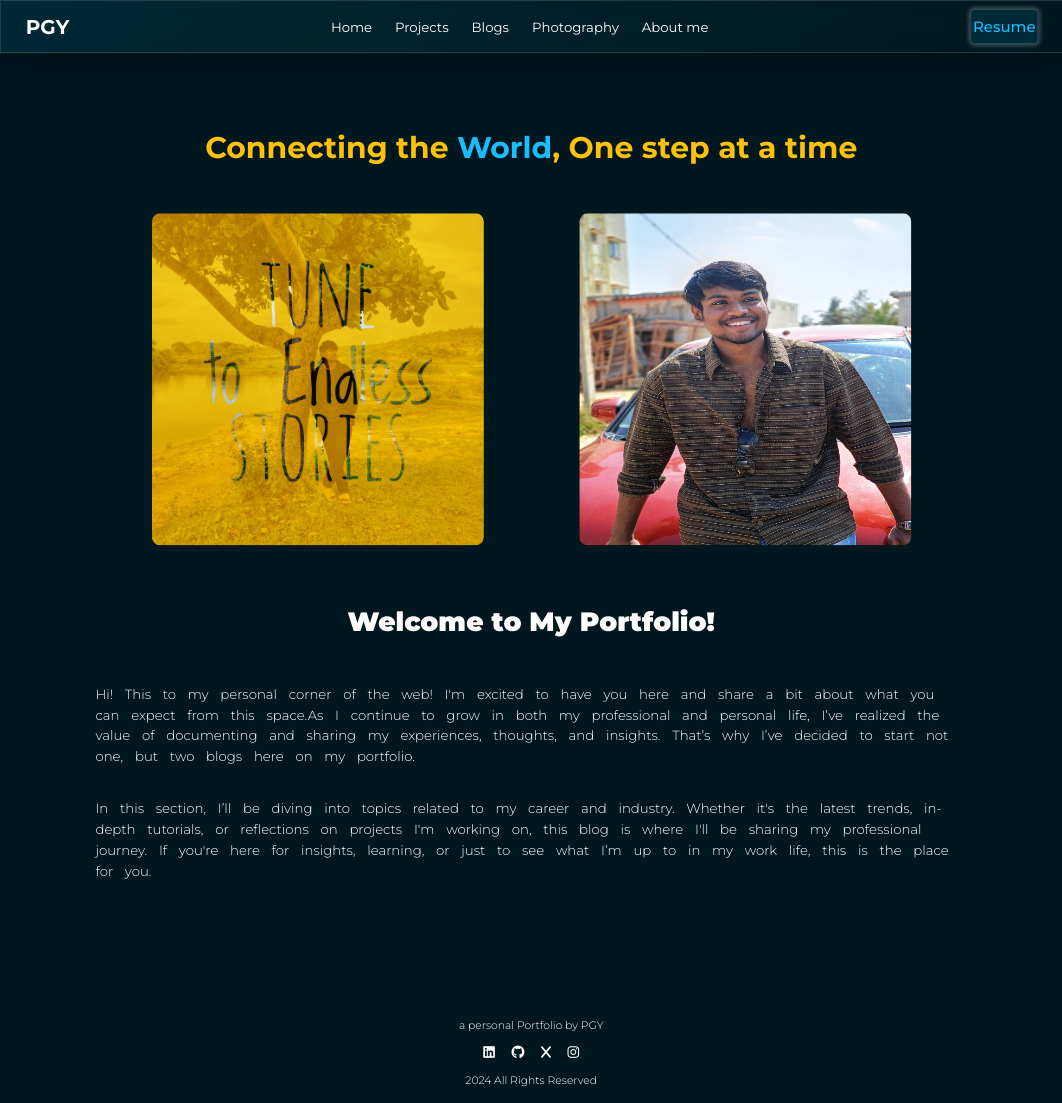
Repository: pgyunknown/pgyunknown
Page: blog.html
The author's editor kept a copy of each file at every save. The page is drawn from the files as they stood at one save, then again after a run of saves.
The browser window is 1280 px wide. The pictures show the whole page, at 83% of full size.
Some web libraries are served in a nearby version.

Above is the page before, as saved 2024-08-14 20:58:34.

After the next 2 saves:
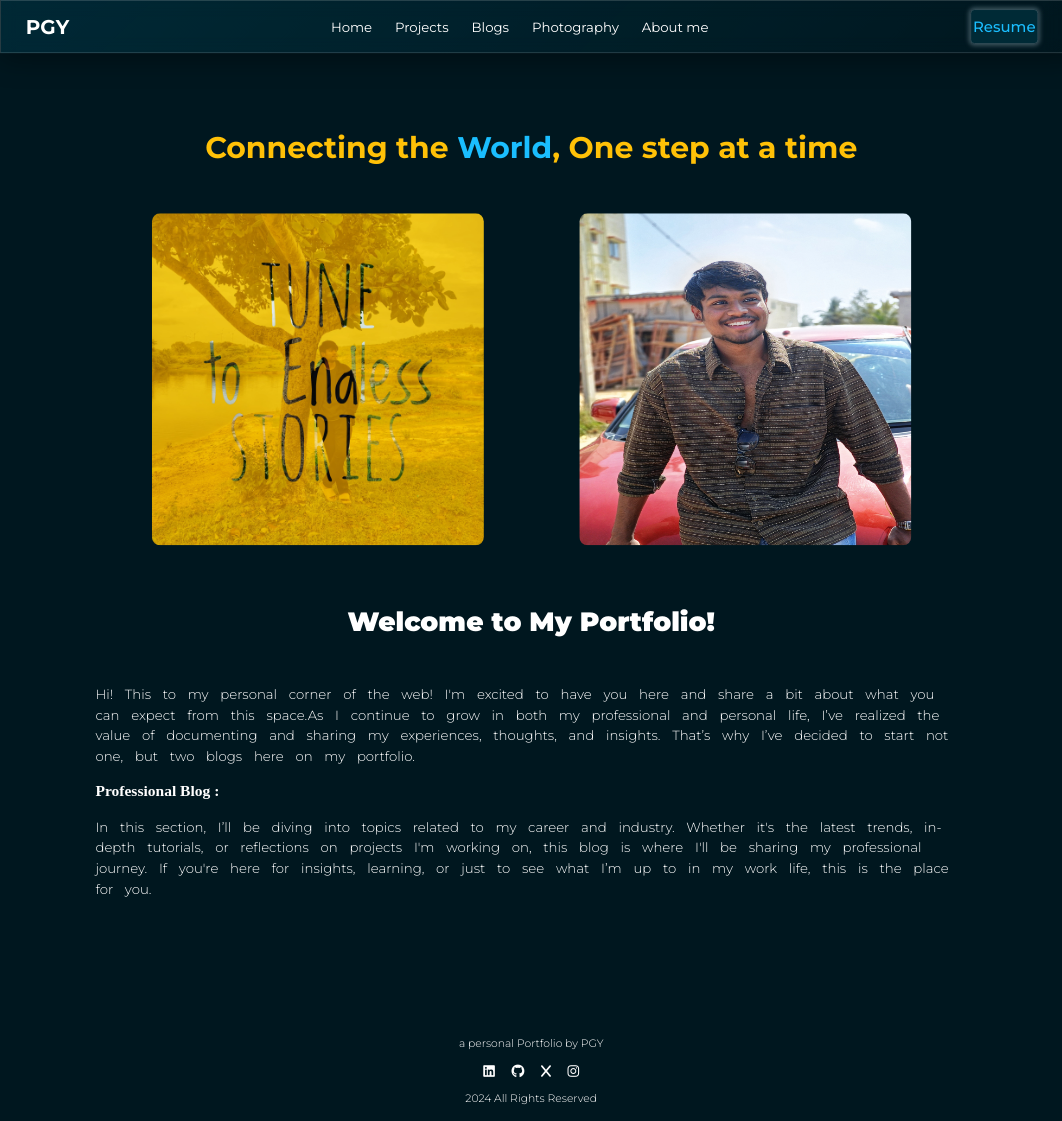
The 2 saves are shown as one change because they came seconds apart.
The last was saved 5 s later.
--- a/blog.html
+++ b/blog.html
@@ -38,7 +38,7 @@
         <article >
             <h1>Welcome to My Portfolio!</h1><br><br>
 <p>Hi! This to my personal corner of the web! I'm excited to have you here and share a bit about what you can expect from this space.As I continue to grow in both my professional and personal life, I’ve realized the value of documenting and sharing my experiences, thoughts, and insights. That’s why I’ve decided to start not one, but two blogs here on my portfolio.</p><br>
-
+<h3>Professional Blog :</h3>
 <p>In this section, I’ll be diving into topics related to my career and industry. Whether it's the latest trends, in-depth tutorials, or reflections on projects I'm working on, this blog is where I'll be sharing my professional journey. If you're here for insights, learning, or just to see what I’m up to in my work life, this is the place for you.</p>
         </article>
     </div>
